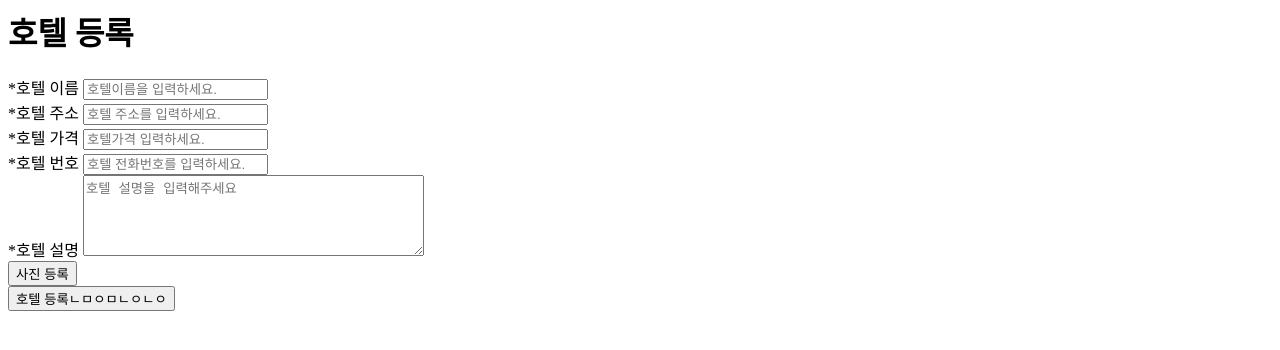
Repository: Wan7939/gotoDomang
Page: http://localhost/gotoDomang/WEB-INF/jsp/admin/hotel_registration.jsp
These files come from the project's save history. The page is drawn as it stood at one moment and after the next save; the edit follows.
The browser window is 1280 px wide. The pictures show the whole page.
The page is served by Tomcat 9. Nobody is signed in. Other server files are loaded and not shown. The template is opened directly, without the code that normally fills it, so the values that code supplies are empty.

Above is the page before, as saved 2021-10-20 12:07:19.

### gotoDomang/src/main/webapp/WEB-INF/jsp/admin/hotel_registration.jsp
<%@ page language="java" contentType="text/html; charset=UTF-8"
    pageEncoding="UTF-8"%>
<div class="d-flex justify-content-center ml-5">
	<div class="sign-up-box">
		<h1 class="mb-4">호텔 등록</h1>
		<div class="d-flex">
				<div>
					<span>*호텔 이름</span>
					<input type="text" id="hotelName" name="hotelName"
						class="form-control" placeholder="호텔이름을 입력하세요."><br>

					<span>*호텔 주소</span>
					<input type="text" id="location" name="location"
						class="form-control" placeholder="호텔 주소를 입력하세요."><br>

					<span>*호텔 가격</span>
					<input type="text" id="price" name="price"
						class="form-control" placeholder="호텔가격 입력하세요."><br>

					<span>*호텔 번호</span>
					<input type="text" id="hotelNumber" name="hotelNumber"
						class="form-control" placeholder="호텔 전화번호를 입력하세요."><br>


				</div>
				<div class="ml-4">
					<span>*호텔 설명</span>
					<textarea id="hotel-detail" rows="5" cols="40" class="form-control mt-2" placeholder="호텔 설명을 입력해주세요"></textarea>

					<div class="d-flex justify-content-end mt-5">
						<button id="writeBtn" class="btn btn-info  mt-5 ">사진 등록</button>
					</div>
				</div>
			</div>
			<div  class="d-flex justify-content-center">
				<button id="writeBtn" class="btn btn-info ">호텔 등록ㄴㅁㅇㅁㄴㅇㄴㅇ</button>
			</div>
	</div>
</div>

After the next save:
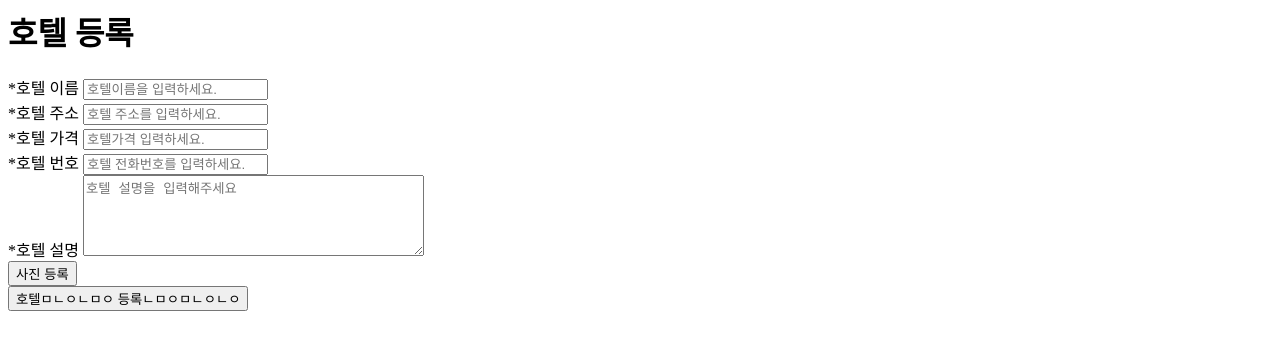
Saved 4 s later.
--- a/gotoDomang/src/main/webapp/WEB-INF/jsp/admin/hotel_registration.jsp
+++ b/gotoDomang/src/main/webapp/WEB-INF/jsp/admin/hotel_registration.jsp
@@ -33,7 +33,7 @@
 				</div>
 			</div>
 			<div  class="d-flex justify-content-center">
-				<button id="writeBtn" class="btn btn-info ">호텔 등록ㄴㅁㅇㅁㄴㅇㄴㅇ</button>
+				<button id="writeBtn" class="btn btn-info ">호텔ㅁㄴㅇㄴㅁㅇ 등록ㄴㅁㅇㅁㄴㅇㄴㅇ</button>
 			</div>
 	</div>
 </div>
